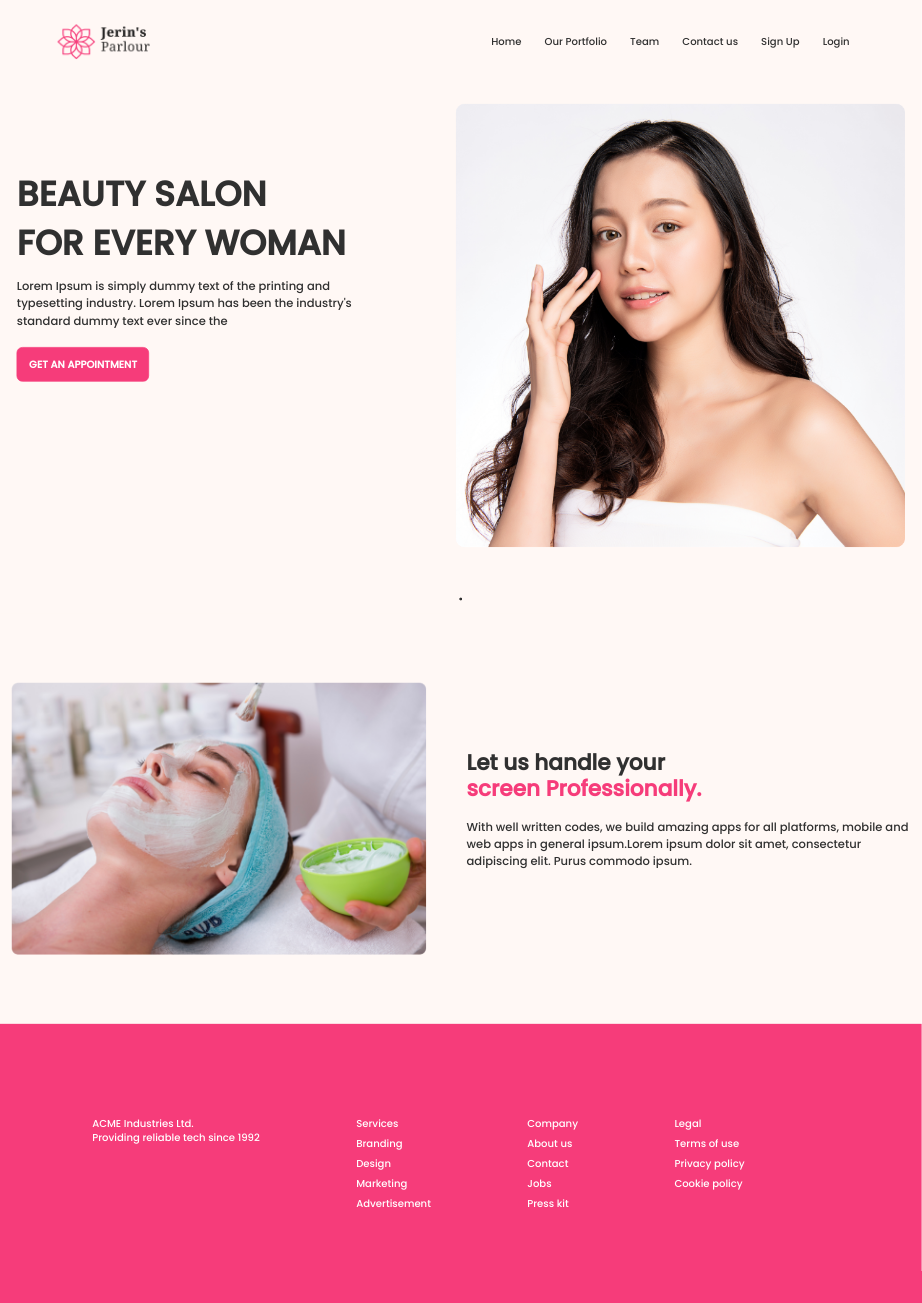
Repository: Wahid137/jerins-parlour-client
Page: /
The author's editor kept a copy of each file at every save. The page is drawn from the files as they stood at one save, then again after the next save.
The browser window is 1280 px wide. The pictures show the whole page, at 72% of full size.
The page's requests for data from a server got no answer. The project was rebuilt for these pictures with package versions that can differ from the ones it lists, and the page was loaded fresh each time. No one was signed in, and anything a server would have sent is missing. Also part of the build but not shown: src/App.css, src/Pages/Home/Services/ServicesCard.js.

Above is the page before, as saved 2023-07-16 04:26:40.

### public/index.html
<!DOCTYPE html>
<html lang="en">
  <head>
    <meta charset="utf-8" />
    <link rel="icon" href="%PUBLIC_URL%/favicon.ico" />
    <meta name="viewport" content="width=device-width, initial-scale=1" />
    <meta name="theme-color" content="#000000" />
    <meta
      name="description"
      content="Web site created using create-react-app"
    />
    <link rel="preconnect" href="https://fonts.googleapis.com">
    <link rel="preconnect" href="https://fonts.gstatic.com" crossorigin>
    <link href="https://fonts.googleapis.com/css2?family=Poppins:wght@500&display=swap" rel="stylesheet">
    <link rel="apple-touch-icon" href="%PUBLIC_URL%/logo192.png" />
    <!--
      manifest.json provides metadata used when your web app is installed on a
      user's mobile device or desktop. See https://developers.google.com/web/fundamentals/web-app-manifest/
    -->
    <link rel="manifest" href="%PUBLIC_URL%/manifest.json" />
    <!--
      Notice the use of %PUBLIC_URL% in the tags above.
      It will be replaced with the URL of the `public` folder during the build.
      Only files inside the `public` folder can be referenced from the HTML.

      Unlike "/favicon.ico" or "favicon.ico", "%PUBLIC_URL%/favicon.ico" will
      work correctly both with client-side routing and a non-root public URL.
      Learn how to configure a non-root public URL by running `npm run build`.
    -->
    <title>React App</title>
  </head>
  <body>
    <noscript>You need to enable JavaScript to run this app.</noscript>
    <div id="root"></div>
    <!--
      This HTML file is a template.
      If you open it directly in the browser, you will see an empty page.

      You can add webfonts, meta tags, or analytics to this file.
      The build step will place the bundled scripts into the <body> tag.

      To begin the development, run `npm start` or `yarn start`.
      To create a production bundle, use `npm run build` or `yarn build`.
    -->
  </body>
</html>

### src/index.js
import React from 'react';
import ReactDOM from 'react-dom/client';
import './index.css';
import App from './App';
import reportWebVitals from './reportWebVitals';
import { QueryClient, QueryClientProvider } from '@tanstack/react-query'


// Create a client
const queryClient = new QueryClient()

const root = ReactDOM.createRoot(document.getElementById('root'));
root.render(
  <React.StrictMode>
    <QueryClientProvider client={queryClient}>
      <App />
    </QueryClientProvider>
  </React.StrictMode>
);

// If you want to start measuring performance in your app, pass a function
// to log results (for example: reportWebVitals(console.log))
// or send to an analytics endpoint. Learn more: https://bit.ly/CRA-vitals
reportWebVitals();

### src/index.css
@tailwind base;
@tailwind components;
@tailwind utilities;

body {
  background-color: #FFF8F5;
  margin: 0;
  font-family: -apple-system, BlinkMacSystemFont, 'Segoe UI', 'Roboto', 'Oxygen',
    'Ubuntu', 'Cantarell', 'Fira Sans', 'Droid Sans', 'Helvetica Neue',
    sans-serif;
    font-family: 'Poppins', sans-serif;
  -webkit-font-smoothing: antialiased;
  -moz-osx-font-smoothing: grayscale;
}

code {
  font-family: source-code-pro, Menlo, Monaco, Consolas, 'Courier New',
    monospace;
}

### src/App.js
import logo from './logo.svg';
import './App.css';
import { RouterProvider } from 'react-router-dom';
import router from './Routes/Routes/Routes';
import { Toaster } from 'react-hot-toast';

function App() {
  return (
    <div className=" mx-auto">
      <RouterProvider router={router}></RouterProvider>
      <Toaster></Toaster>
    </div>
  );
}

export default App;

### src/Routes/Routes/Routes.js
const { createBrowserRouter } = require("react-router-dom");
const { default: Main } = require("../../Layout/Main");
const { default: Home } = require("../../Pages/Home/Home/Home");

const router = createBrowserRouter([
    {
        path: '/',
        element: <Main></Main>,
        children: [
            {
                path: '/',
                element: <Home></Home>
            }
        ]
    }
])
export default router;

### src/Layout/Main.js
import React from 'react';
import Navbar from '../Shared/Navbar/Navbar';
import { Outlet } from 'react-router-dom';
import Footer from '../Shared/Footer/Footer';

const Main = () => {
    return (
        <div>
            <Navbar></Navbar>
            <Outlet></Outlet>
            <Footer></Footer>
        </div>
    );
};

export default Main;

### src/Pages/Home/Home/Home.js
import React from 'react';
import Banner from '../Banner/Banner';
import Services from '../Services/Services';
import Screen from '../Screen/Screen';

const Home = () => {
    return (
        <div>
            <Banner></Banner>
            <Services></Services>
            <Screen></Screen>
        </div>
    );
};

export default Home;

### src/Shared/Navbar/Navbar.js
import React from 'react';
import logo from '../../assets/logo.png';
import { Link } from 'react-router-dom';

const Navbar = () => {
    const menuItem = <>
        <li><Link to="/">Home</Link></li>
        <li><Link to="/portfolio">Our Portfolio</Link></li>
        <li><Link to="/team">Team</Link></li>
        <li><Link to="/dashboard">Contact us</Link></li>
        <li><Link to="/signup">Sign Up</Link></li>
        <li><Link to="/login">Login</Link></li>

    </>
    return (
        <div className="navbar flex justify-between px-20 pt-8">
            <div className="navbar-start">
                <div className="dropdown">
                    <label tabIndex={0} className="btn btn-ghost lg:hidden">
                        <svg xmlns="http://www.w3.org/2000/svg" className="h-5 w-5" fill="none" viewBox="0 0 24 24" stroke="currentColor"><path strokeLinecap="round" strokeLinejoin="round" strokeWidth="2" d="M4 6h16M4 12h8m-8 6h16" /></svg>
                    </label>
                    <ul tabIndex={1} className="menu menu-sm dropdown-content mt-3 z-[1] p-2 shadow bg-base-100 rounded-box w-52">
                        {menuItem}
                    </ul>
                </div>
                <Link to="/" className="w-32">
                    <img src={logo} alt="" />
                </Link>
            </div>
            <div className="navbar-center hidden lg:flex">
                <ul className="menu menu-horizontal px-1">
                    {menuItem}
                </ul>
            </div>
            <label htmlFor="dashboard-drawer" tabIndex={2} className="btn btn-ghost lg:hidden">
                <svg xmlns="http://www.w3.org/2000/svg" className="h-5 w-5" fill="none" viewBox="0 0 24 24" stroke="currentColor"><path strokeLinecap="round" strokeLinejoin="round" strokeWidth="2" d="M4 6h16M4 12h8m-8 6h16" /></svg>
            </label>

        </div>
    );
};

export default Navbar;

### src/Shared/Footer/Footer.js
import React from 'react';


const Footer = () => {
    return (
        <footer className="footer p-32 bg-primary text-white w-full max-w-full">
            <div>
                <p>ACME Industries Ltd.<br />Providing reliable tech since 1992</p>
            </div>
            <div>
                <span className=" text-white">Services</span>
                <a href="/" className="link link-hover">Branding</a>
                <a href="/" className="link link-hover">Design</a>
                <a href="/" className="link link-hover">Marketing</a>
                <a href="/" className="link link-hover">Advertisement</a>
            </div>
            <div>
                <span className="">Company</span>
                <a href="/" className="link link-hover">About us</a>
                <a href="/" className="link link-hover">Contact</a>
                <a href="/" className="link link-hover">Jobs</a>
                <a href="/" className="link link-hover">Press kit</a>
            </div>
            <div>
                <span className="">Legal</span>
                <a href="/" className="link link-hover">Terms of use</a>
                <a href="/" className="link link-hover">Privacy policy</a>
                <a href="/" className="link link-hover">Cookie policy</a>
            </div>
        </footer>
    );
};

export default Footer;

### src/Pages/Home/Banner/Banner.js
import React from 'react';
import woman from '../../../assets/images/woman.png';
import PrimaryButton from '../../../Components/PrimaryButton/PrimaryButton';

const Banner = () => {
    return (
        <div className="hero" >
            <div className="hero-content flex-col lg:flex-row-reverse min-h-screen">

                <img src={woman} className="rounded-lg lg:w-1/2" alt="" />

                <div className='lg:me-32 lg:-mt-32'>
                    <h1 className="text-5xl font-bold mt-0 mb-5">BEAUTY SALON</h1>
                    <h1 className="text-5xl font-bold">FOR EVERY WOMAN</h1>
                    <p className="py-6">Lorem Ipsum is simply dummy text of the printing and <br /> typesetting industry. Lorem Ipsum has been the industry's <br /> standard dummy text ever since the</p>
                    <PrimaryButton>Get an Appointment</PrimaryButton>
                </div>
            </div>
        </div>
    );
};

export default Banner;

### src/Pages/Home/Services/Services.js
import { useQuery } from '@tanstack/react-query';
import React from 'react';
import Loading from '../../../Shared/Loading/Loading';


import ServicesCard from './ServicesCard';
import PrimaryButton from '../../../Components/PrimaryButton/PrimaryButton';



const Services = () => {
    const { data: services = [], isLoading } = useQuery({
        queryKey: ['services'],
        queryFn: () => fetch('http://localhost:5000/services')
            .then(res => res.json())
    })


    if (isLoading) {
        return <Loading></Loading>;
    }

    return (
        <div className='p-0 my-5'>
            <div className='mx-auto mb-4 py-10 text-center w-1/2'>
                <p className='text-2xl font-bold'>Our Awesome <span className='text-primary'>Services</span></p>
            </div>
            <div className='grid gap-1 grid-cols-1 md:grid-cols-2 lg:grid-cols-3'>
                {
                    services.map(service => <ServicesCard
                        key={service._id}
                        service={service}
                    ></ServicesCard>)
                }
            </div>
            <div className='text-center mt-10'>
                <PrimaryButton >Explore More</PrimaryButton>
            </div>

        </div >
    );
};

export default Services;

### src/Pages/Home/Screen/Screen.js
import React from 'react';
import face from '../../../assets/images/face.png'

const Screen = () => {
    return (
        <div className="hero py-20 bg-secondary">
            <div className="hero-content flex-col lg:flex-row">
                <img src={face} className="max-w-xl rounded-lg" alt="" />
                <div className='lg:w-1/2 ms-10'>
                    <h1 className="text-3xl font-semibold">Let us handle your <br /><span className='text-primary'>screen Professionally.</span></h1>
                    <p className="py-6">With well written codes, we build amazing apps for all platforms, mobile and web apps in general ipsum.Lorem ipsum dolor sit amet, consectetur adipiscing elit. Purus commodo ipsum.</p>
                </div>
            </div>
        </div>
    );
};

export default Screen;

### src/Components/PrimaryButton/PrimaryButton.js
import React from 'react';

const PrimaryButton = ({ children }) => {
    return (
        <button className="btn btn-primary text-white">{children}</button>
    );
};

export default PrimaryButton;

### src/Shared/Loading/Loading.js
import React from 'react';

const Loading = () => {
    return (
        <div className="flex items-center justify-center">
            <span className="loading loading-ring loading-lg"></span>
        </div>
    );
};

export default Loading;

### tailwind.config.js
/** @type {import('tailwindcss').Config} */
module.exports = {
  content: [
    "./src/**/*.{js,jsx,ts,tsx}",
  ],
  daisyui: {
    themes: [
      {
        parlourTheme: {
          primary: '#F63E7B',
          secondary: '#FFF8F5',
          accent: '##F4F7FC',
          neutral: '#3D4451',
          "base-100": '#FFFFFF',
        }
      }
    ]
  },
  theme: {
    extend: {},
  },
  plugins: [require("daisyui")],
}

Loaded but not shown: src/reportWebVitals.js (common file)

After the next save:
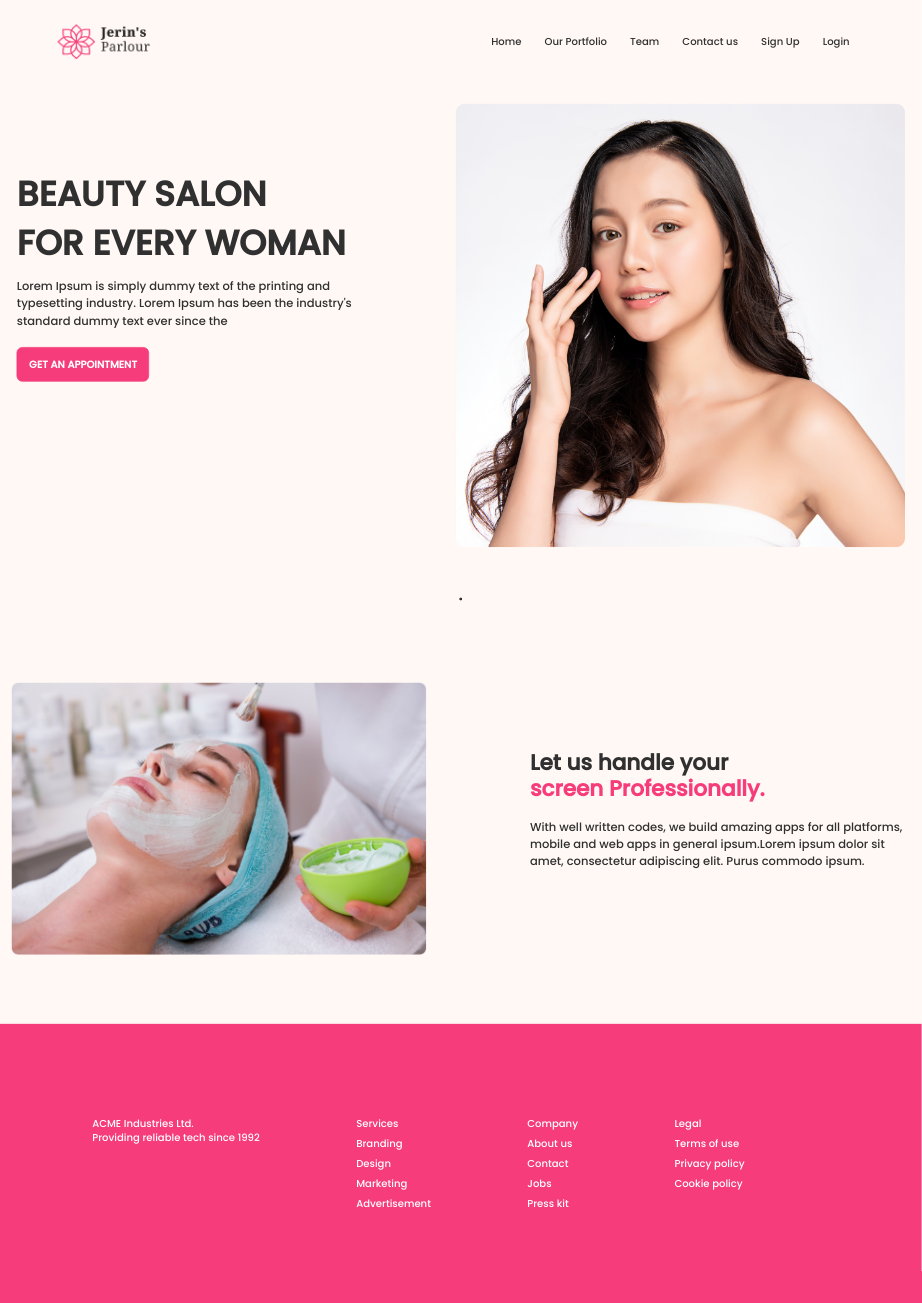
Saved 49 s later.
--- a/src/Pages/Home/Screen/Screen.js
+++ b/src/Pages/Home/Screen/Screen.js
@@ -6,7 +6,7 @@ const Screen = () => {
         <div className="hero py-20 bg-secondary">
             <div className="hero-content flex-col lg:flex-row">
                 <img src={face} className="max-w-xl rounded-lg" alt="" />
-                <div className='lg:w-1/2 ms-10'>
+                <div className='lg:w-1/2 ms-32'>
                     <h1 className="text-3xl font-semibold">Let us handle your <br /><span className='text-primary'>screen Professionally.</span></h1>
                     <p className="py-6">With well written codes, we build amazing apps for all platforms, mobile and web apps in general ipsum.Lorem ipsum dolor sit amet, consectetur adipiscing elit. Purus commodo ipsum.</p>
                 </div>
